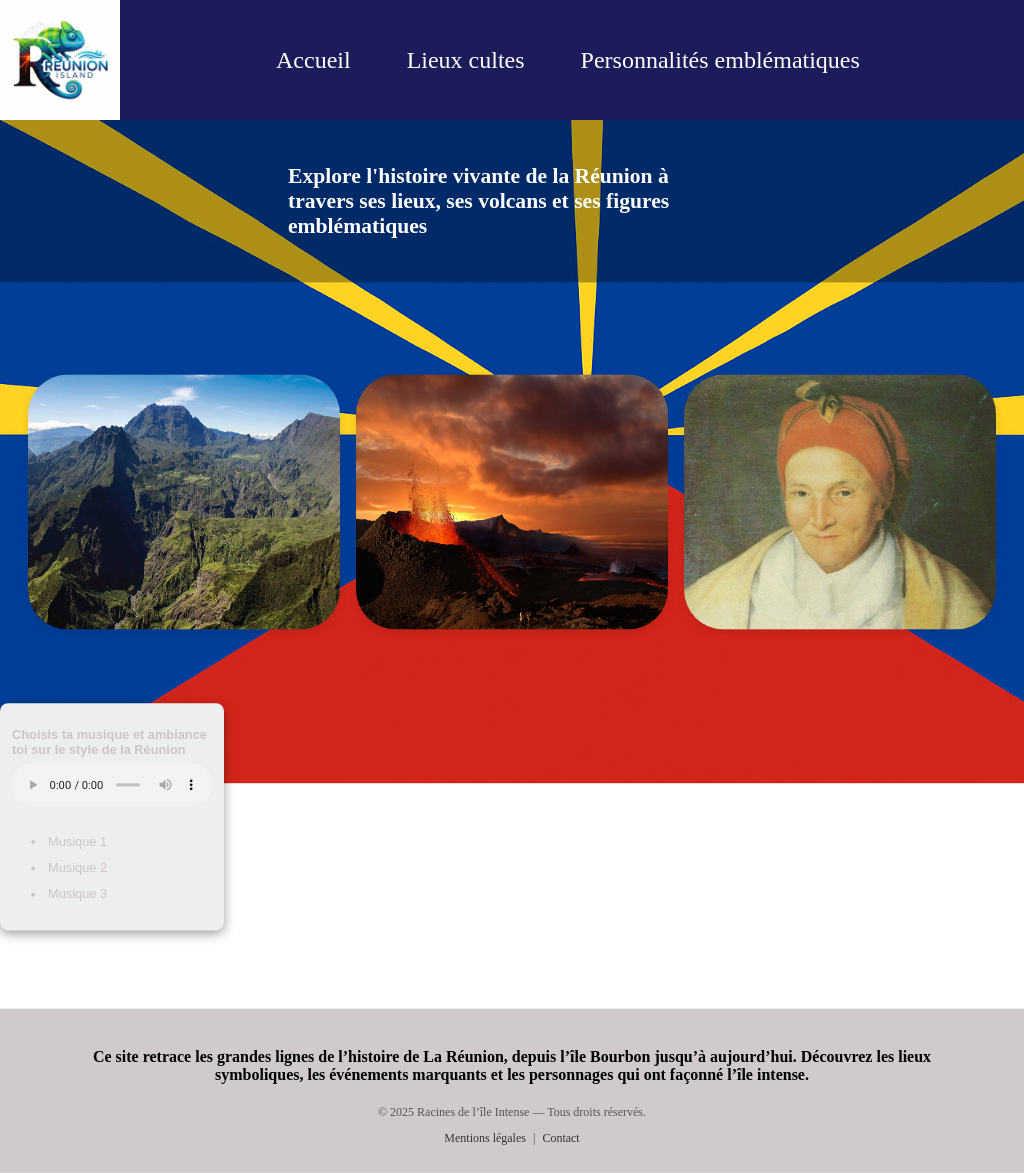
Repository: racinesintense974/Racines-de-lile-intense
Page: index.html
An editor plug-in stored every save of this project. The page is shown before and after the next save, followed by the edit.
The browser window is 1280 px wide. The pictures show the whole page, at 80% of full size.

Above is the page before, as saved 2026-02-12 14:45:13.

### index.html
<!DOCTYPE html>
<html lang="fr">
<head>
    <meta charset="UTF-8">
    <meta name="viewport" content="width=device-width, initial-scale=1.0">
    <title>Racines - L'histoire de l'île intense</title>
<link rel="stylesheet" href="css/style.css">
<style>
.player{
  background:#eee;
  padding:15px;
  width:250px;
  border-radius:10px;
  font-family:Arial;
}
li{
  cursor:pointer;
  margin:5px 0;
}
li:hover{
  color:green;
}
</style>
</head>


<body>
    <section class="top-page">
        <header class="header">
            <img src="image/logo22.png" alt="logo du site">
        <nav class="nav">
    <ul class="menu">
        <li><a href="index.html">Accueil</a></li>

        <li class="dropdown">
            <a href="#">Lieux cultes</a>
            <ul class="submenu">
                <li><a href="mafate.html">Mafate</a></li>
                <li><a href="cilaos.html">Cilaos</a></li>
                <li><a href="volcans.html">Les volcans</a></li>
            </ul>
        </li>

         <li class="dropdown">
        <a href="#">Personnalités emblématiques</a>
            <ul class="submenu">
                <li><a href="Olivier.html">Olivier Levasseur</a></li>
                <li><a href="Desbassayns.html">Madame Desbassayns</a></li>
                <li><a href="Garros.html">Rolland Garros</a></li>
            </ul>
        </li>
    </ul>
</nav>

        </header>


        <div class="landing-page">
        <h1 class="big-title">Explore l'histoire vivante de la Réunion à travers ses lieux, ses volcans et ses figures emblématiques</h1>
        </div>

        <div class="conteneur-central">
<section class="galerie-images">
  <img src="image/mafate.jpg" alt="Image 1">
  <img src="image/volcan.jpeg" alt="Image 2">
  <img src="image/desbassyns.png" alt="Image 3">
</section>
</div>

<div class="player">
  <p id="titre">Choisis ta musique et ambiance toi sur le style de la Réunion</p>

  <audio id="audio" controls></audio>

  <ul>
    <li onclick="playMusic('musique1.mp3','Musique 1')">Musique 1</li>
    <li onclick="playMusic('musique2.mp3','Musique 2')">Musique 2</li>
    <li onclick="playMusic('musique3.mp3','Musique 3')">Musique 3</li>
  </ul>
</div>

<script>
function playMusic(src,name){
  const audio=document.getElementById("audio");
  document.getElementById("titre").textContent=name;
  audio.src=src;
  audio.play();
}
</script>


   <footer class="footer">
    <h1 class="big-title2">Ce site retrace les grandes lignes de l’histoire de La Réunion, depuis l’île Bourbon jusqu’à aujourd’hui. Découvrez les lieux symboliques, les événements marquants et les personnages qui ont façonné l’île intense.</h1>
  <p>&copy; 2025 Racines de l’île Intense — Tous droits réservés.</p>
  <p><a href="mentions-legales.html">Mentions légales</a> | <a href="contact.html">Contact</a></p>
</footer>

    </section>

</body>
</html>

### css/style.css

*

body {
    margin: 0 auto;

}

header.header {
    display: flex;
    align-items: center;
    background-color: rgb(28, 28, 91);                    /* Entête */
    margin: 0;

}

header.header img {
    width: 150px;
}






section.top-page {
    background: url('../image/gptidr2.png');
    background-size: cover;
    height: 136vh;
    padding: 0px;
}
/* page de bienvenue (landing page) */
.big-title {
    color: rgb(255, 255, 255);
    font-size: 27px;
    padding: 55px 360px;
    background-color: rgba(0, 0, 0, 0.323);
    margin-top: 0;



}
html, body {
  height: 100%;           /* Nécessaire pour que le conteneur remplisse l'écran */
  margin: 0;
  padding: 0;
}

.conteneur-central {
  display: flex;
  justify-content: center;      /* centre horizontalement */
  align-items: center;          /* centre verticalement */
  height: 70vh;                /* 100% de la hauteur de l'écran */
}

/* La galerie contient les images */
.galerie-images {
  display: flex;
  gap: 20px;
  flex-wrap: wrap;
  justify-content: center;
}

.galerie-images img {
  width: 390px;
  height: auto;
  border-radius: 50px;
  box-shadow: 0 4px 10px rgba(0, 0, 0, 0.1);
  transition: transform 0.3s ease;
}

.galerie-images img:hover {
  transform: scale(1.05);
}

.big-title2 {
    color: black;
    font-size: 20px;
    padding: 10px 50px;
}
/* Sous-page */
.footer {
    width: 100%;
  background-color: #d0caca;
  padding: 20px;
  text-align: center;
  font-size: 15px;
  color: #555;
  border-top: 1px solid #ccc;
  margin-top: 98px;
   box-sizing: border-box;

}

.footer a {
  color: #333;
  text-decoration: none;
  margin: 0 5px;
}

.footer a:hover {
  text-decoration: underline;
}


/* menu de navigation */

nav.nav {
    display: flex;
    justify-content: space-between;
    list-style: none;
    width: 970px;
    margin-left: 180px;
font-size: 30px;
}


nav.nav li {
    color: white;
}



/* ===== MENU DEROULANT LIEUX-CULTES ===== */

nav.nav ul.menu {
    list-style: none;
    display: flex;
    gap: 40px;           /* espace entre les éléments */
    margin: 0;
    padding: 0;
}

nav.nav ul.menu > li {
    position: relative;
}

nav.nav ul.menu a {
    text-decoration: none;
    color: white;
    font-size: 30px;
    padding: 10px;
}

/* Sous-menu caché */
.submenu {
    list-style: none;
    padding: 0;
    margin: 0;
    position: absolute;
    background: rgb(12, 16, 70);
    border-radius: 5px;
    border: 1px solid black;
    display: none;
    min-width: 180px;
    z-index: 10;
}

/* Liens du sous-menu */
.submenu li a {
    color: black;
    padding: 10px;
    display: block;
    font-size: 20px;
}

/* Apparition au survol */
.dropdown:hover .submenu {
    display: block;
}

/* Effet hover */
.submenu li a:hover {
    background-color: #a01212;
}


.player{
  background:#1e1e1e;
  padding:15px;
  width:260px;
  border-radius:12px;
  font-family:Arial;
  color:rgb(206, 197, 197);
  box-shadow:0 4px 15px rgba(0,0,0,0.4);
}

audio{
  width:100%;
  margin-bottom:10px;
}

#titre{
  font-weight:bold;
  margin-bottom:8px;
}

li{
  cursor:pointer;
  padding:5px;
  border-radius:6px;
}

li:hover{
  background:#333;
}

After the next save:
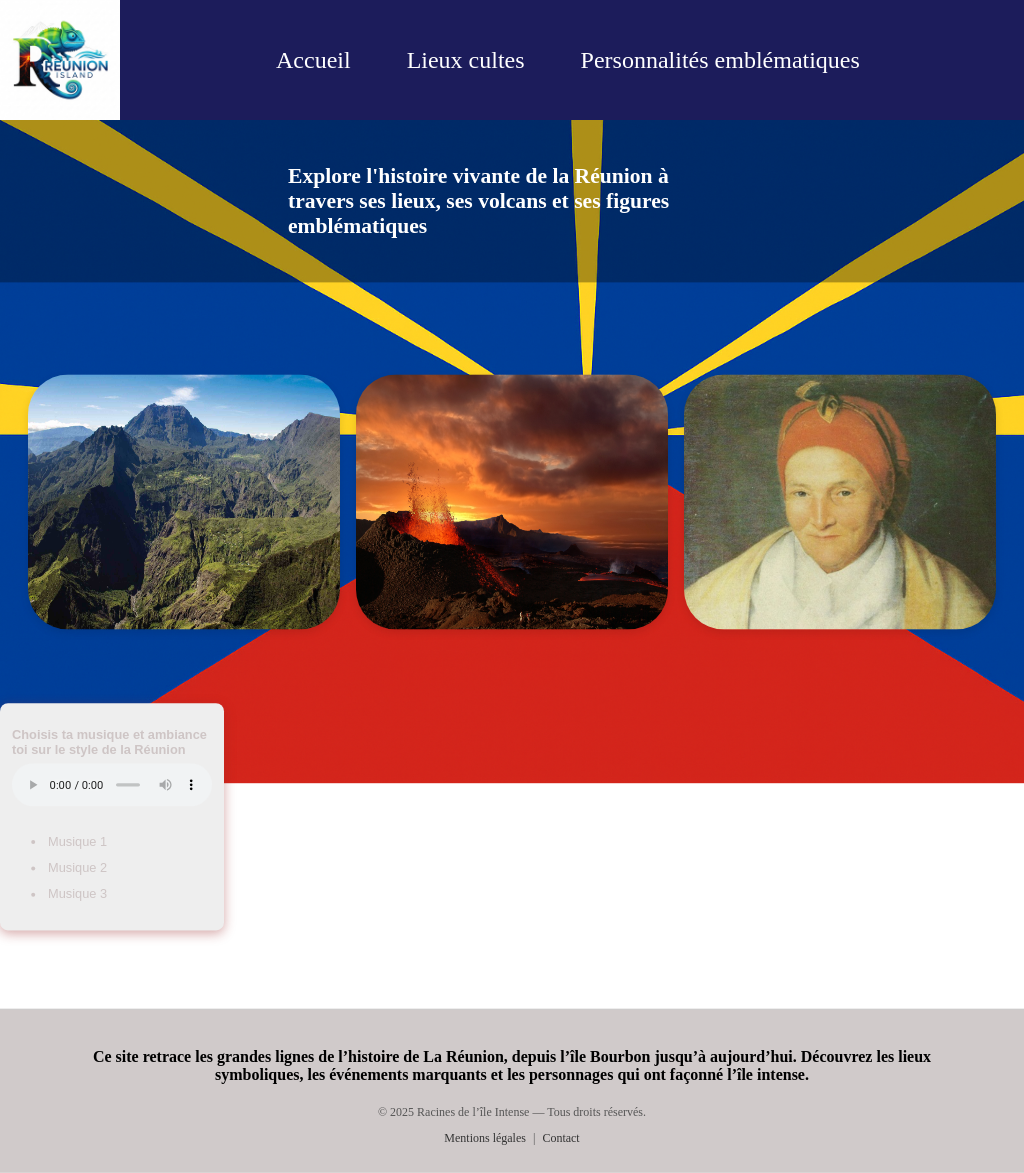
Saved 6 s later.
--- a/css/style.css
+++ b/css/style.css
@@ -182,7 +182,7 @@
   border-radius:12px;
   font-family:Arial;
   color:rgb(206, 197, 197);
-  box-shadow:0 4px 15px rgba(0,0,0,0.4);
+  box-shadow:0 4px 15px rgba(150, 33, 33, 0.4);
 }
 
 audio{

After the save that followed:
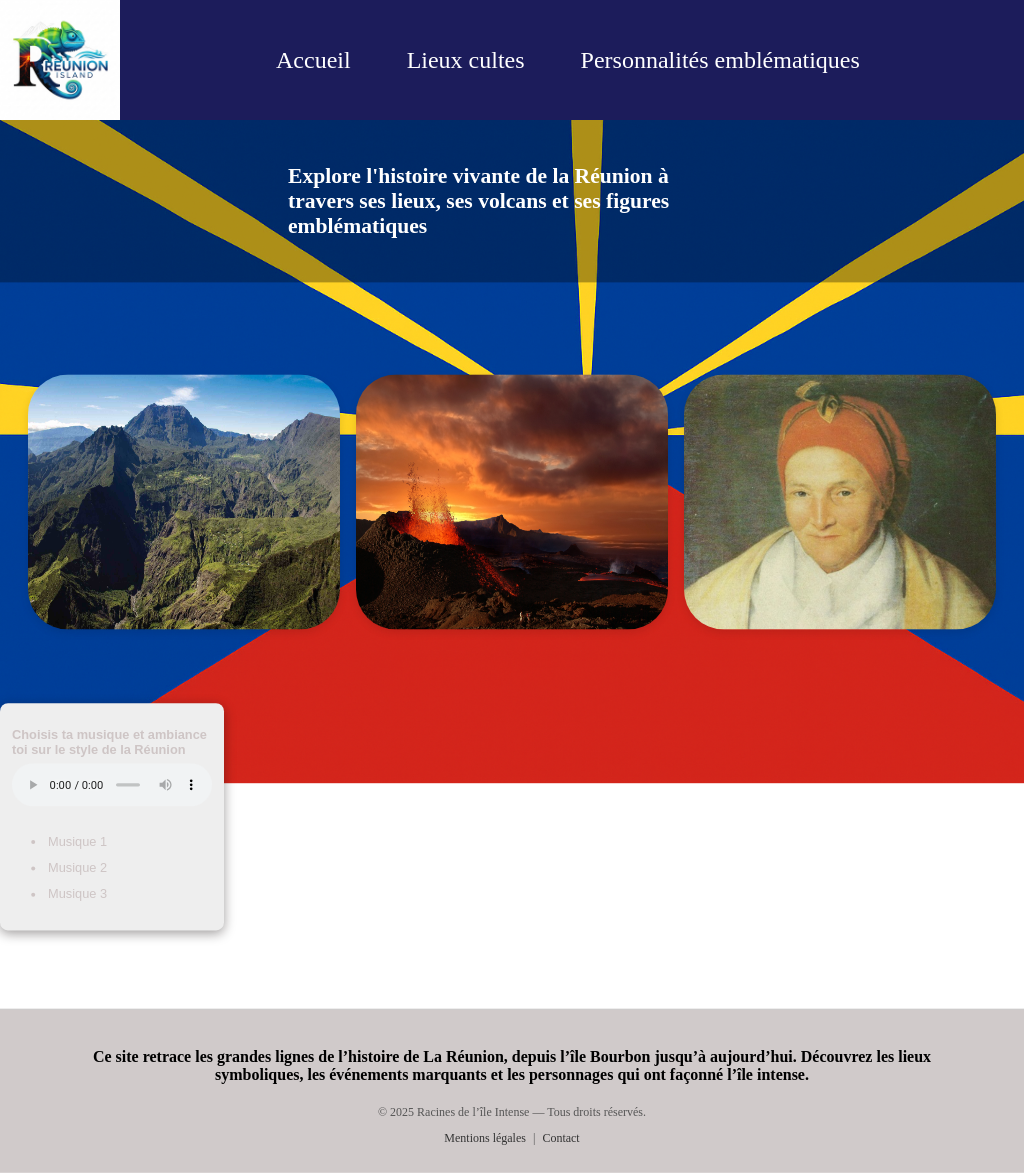
Saved 4 s later.
--- a/css/style.css
+++ b/css/style.css
@@ -182,7 +182,7 @@
   border-radius:12px;
   font-family:Arial;
   color:rgb(206, 197, 197);
-  box-shadow:0 4px 15px rgba(150, 33, 33, 0.4);
+  box-shadow:0 4px 15px rgba(15, 8, 8, 0.4);
 }
 
 audio{
